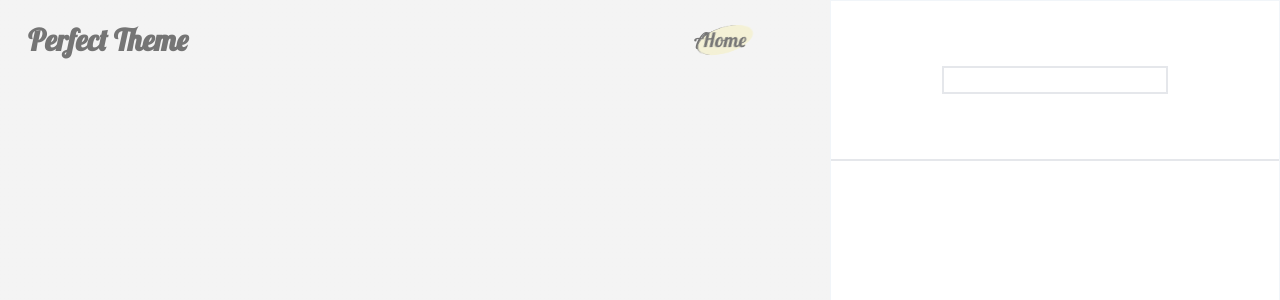
Repository: hsumyatm7308/laravel-blog
Page: blogweb/resources/views/blog/headerlayout.html
These files come from the project's save history. The page is drawn as it stood at one moment and after the next save; the edit follows.
The browser window is 1280 px wide. The pictures show the whole page.
Some web libraries are served in a nearby version.

Above is the page before, as saved 2023-09-04 17:19:34.

After the next save:
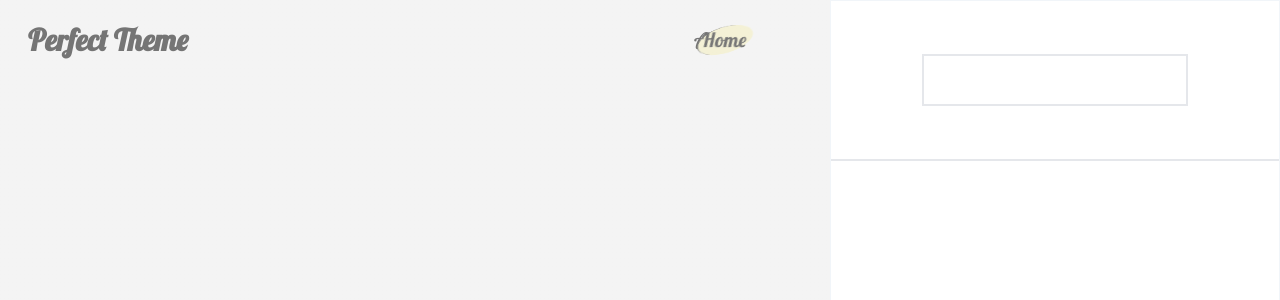
Saved 13 s later.
--- a/blogweb/resources/views/blog/headerlayout.html
+++ b/blogweb/resources/views/blog/headerlayout.html
@@ -122,7 +122,7 @@
 
             <div class="w-full h-40 border-b border-b-2 flex justify-center items-center">
                 <form action="" method="post">
-                    <input type="search" class="border-2 ">
+                    <input type="search" class="border-2 px-5 py-3">
                 </form>
             </div>
 
